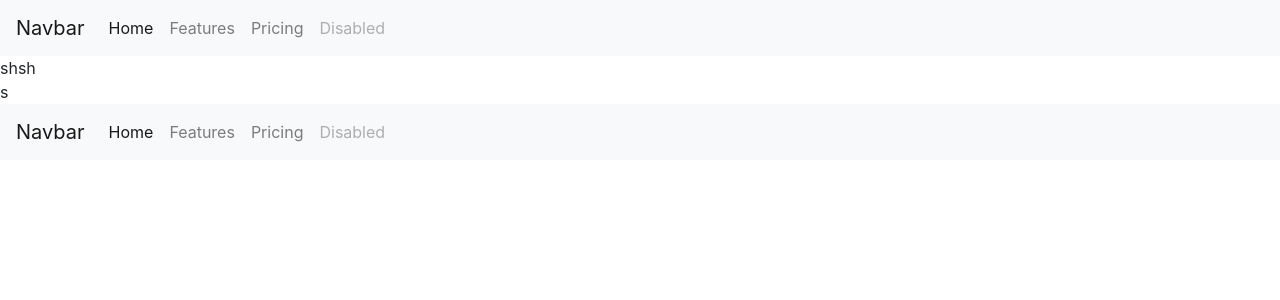
Repository: syawal2kalii/parsinta_clone_model
Page: http://localhost/home
The author's editor kept a copy of each file at every save. The page is drawn from the files as they stood at one save, then again after the next save.
The browser window is 1280 px wide. The pictures show the whole page.
The page is served by the project's Laravel application, run on PHP 8.4 with Laravel 8. Other server files are loaded and not shown.

Above is the page before, as saved 2019-12-26 14:46:18.

### routes/web.php
<?php

/*
|--------------------------------------------------------------------------
| Web Routes
|--------------------------------------------------------------------------
|
| Here is where you can register web routes for your application. These
| routes are loaded by the RouteServiceProvider within a group which
| contains the "web" middleware group. Now create something great!
|
*/

Route::get('/', function () {
    return view('welcome');
});

Route::get('/home', function () {
    return view('home');
});

### resources/views/home.blade.php
@extends('layout.master')
@section('content')
shsh <br> s
@include('layout.navigation')

@endsection

### resources/views/layout/navigation.blade.php
<nav class="navbar navbar-expand-lg navbar-light bg-light">
        <a class="navbar-brand" href="#">Navbar</a>
        <button class="navbar-toggler" type="button" data-toggle="collapse" data-target="#navbarNavAltMarkup" aria-controls="navbarNavAltMarkup" aria-expanded="false" aria-label="Toggle navigation">
          <span class="navbar-toggler-icon"></span>
        </button>
        <div class="collapse navbar-collapse" id="navbarNavAltMarkup">
          <div class="navbar-nav">
            <a class="nav-item nav-link active" href="#">Home <span class="sr-only">(current)</span></a>
            <a class="nav-item nav-link" href="#">Features</a>
            <a class="nav-item nav-link" href="#">Pricing</a>
            <a class="nav-item nav-link disabled" href="#" tabindex="-1" aria-disabled="true">Disabled</a>
          </div>
        </div>
</nav>

### resources/views/layout/master.blade.php
<!DOCTYPE html>
<html lang="en">
<head>
    <meta charset="UTF-8">
    <meta name="viewport" content="width=device-width, initial-scale=1.0">
    <meta http-equiv="X-UA-Compatible" content="ie=edge">
    <link rel="stylesheet" href="https://stackpath.bootstrapcdn.com/bootstrap/4.4.1/css/bootstrap.min.css" integrity="sha384-Vkoo8x4CGsO3+Hhxv8T/Q5PaXtkKtu6ug5TOeNV6gBiFeWPGFN9MuhOf23Q9Ifjh" crossorigin="anonymous">
    <title>Document</title>
</head>
<body>
   @include('layout.navigation')
   @yield('content')



   <script src="https://code.jquery.com/jquery-3.4.1.slim.min.js" integrity="sha384-J6qa4849blE2+poT4WnyKhv5vZF5SrPo0iEjwBvKU7imGFAV0wwj1yYfoRSJoZ+n" crossorigin="anonymous"></script>
   <script src="https://cdn.jsdelivr.net/npm/popper.js@1.16.0/dist/umd/popper.min.js" integrity="sha384-Q6E9RHvbIyZFJoft+2mJbHaEWldlvI9IOYy5n3zV9zzTtmI3UksdQRVvoxMfooAo" crossorigin="anonymous"></script>
   <script src="https://stackpath.bootstrapcdn.com/bootstrap/4.4.1/js/bootstrap.min.js" integrity="sha384-wfSDF2E50Y2D1uUdj0O3uMBJnjuUD4Ih7YwaYd1iqfktj0Uod8GCExl3Og8ifwB6" crossorigin="anonymous"></script>
</body>
</html>

After the next save:
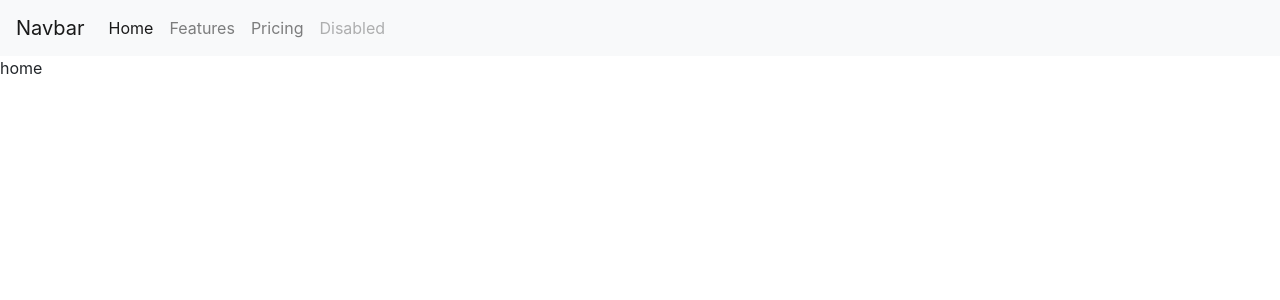
Saved 42 s later.
--- a/resources/views/home.blade.php
+++ b/resources/views/home.blade.php
@@ -1,6 +1,4 @@
 @extends('layout.master')
 @section('content')
-shsh <br> s
-@include('layout.navigation')
-
+home
 @endsection
